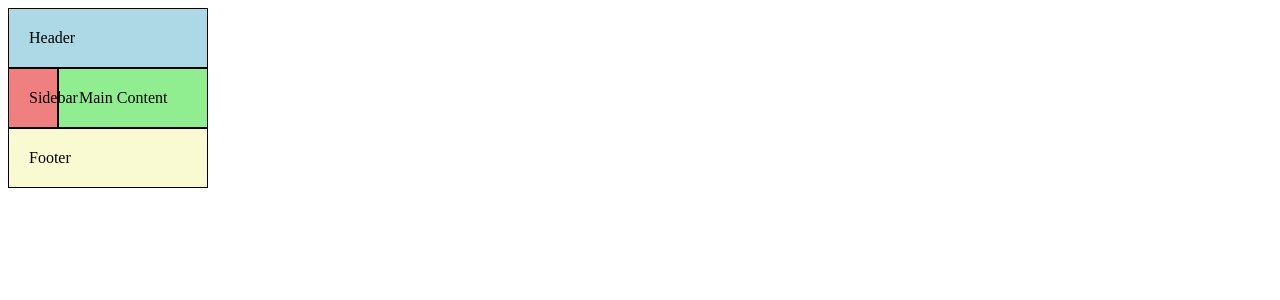
Repository: gustavotwist/desafio-grid
Page: assets/index.html
An editor plug-in stored every save of this project. The page is shown before and after the next save, followed by the edit.
The browser window is 1280 px wide. The pictures show the whole page.

Above is the page before, as saved 2024-08-13 18:45:02.

### assets/index.html
<!DOCTYPE html>
<html lang="pt-BR">
<head>
    <meta charset="UTF-8">
    <meta name="viewport" content="width=device-width, initial-scale=1.0">
    <title>Desafio Grid</title>
    <link rel="stylesheet" href="css/style.css">
</head>
<body>
    <div class="container">
        <header>Header</header>
        <main class="content">Main Content</main>
        <aside>Sidebar</aside>
        <footer>Footer</footer>
    </div>

</body>
</html>

### assets/css/style.css
.container {
    display: grid;
    grid-template-columns: 50px 50px 50px 50px;
    grid-template-rows: auto;
    grid-template-areas:
        "header header header header"
        "sidebar main main main"
        "footer footer footer footer";
}

header {
    grid-area: header;
    background-color: lightblue;
}
main {
    grid-area: main;
    background-color: lightgreen;
}
aside {
    grid-area: sidebar;
    background-color: lightcoral;
}
footer {
    grid-area: footer;
    background-color: lightgoldenrodyellow;
}

/* Apenas para melhor visualização */
header, main, aside, footer {
    padding: 20px;
    border: 1px solid #000;
}

After the next save:
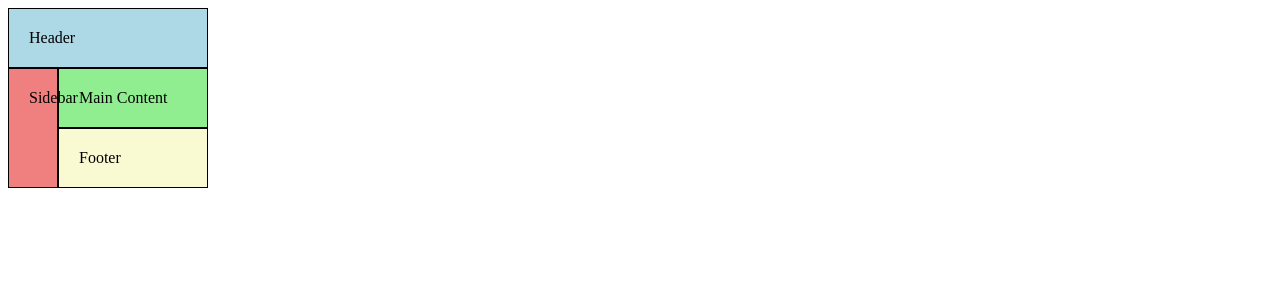
Saved 31 s later.
--- a/assets/css/style.css
+++ b/assets/css/style.css
@@ -5,7 +5,7 @@
     grid-template-areas:
         "header header header header"
         "sidebar main main main"
-        "footer footer footer footer";
+        "sidebar footer footer footer";
 }
 
 header {
